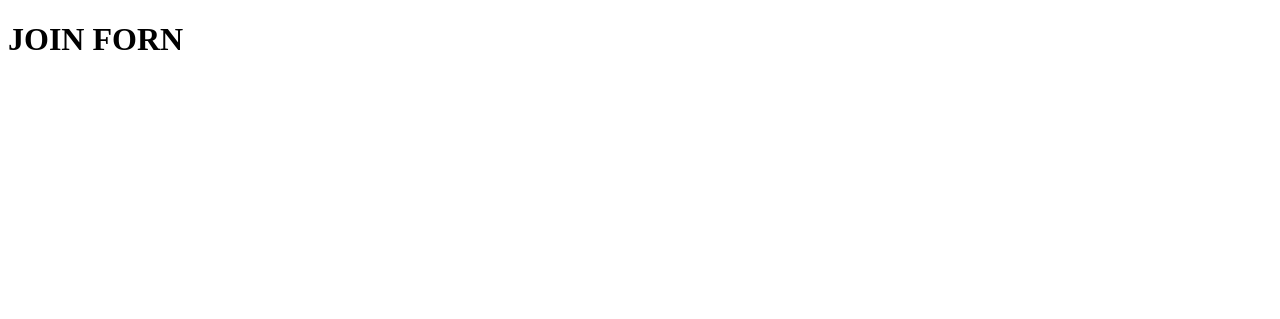
Repository: Leehj9094/JAVA_BOOK-
Page: http://localhost/01JSP/C06/03/join_form.jsp
An editor plug-in stored every save of this project. The page is shown before and after the next save, followed by the edit.
The browser window is 1280 px wide. The pictures show the whole page.
The page is served by Tomcat 9. Other server files are loaded and not shown.

Above is the page before, as saved 2025-04-03 06:39:13.

### JSP/01JSP/src/main/webapp/C06/03/join_form.jsp
<%@ page language="java" contentType="text/html; charset=UTF-8"
    pageEncoding="UTF-8"%>
<!DOCTYPE html>
<html>
<head>
<meta charset="UTF-8">
<title>Insert title here</title>
	<style>
		label{font-size : .8rem; background-color:darkbrown; color:white;}
	</style>
</head>
<body>
	<h1>JOIN FORN</h1>

</body>
</html>

After the next save:
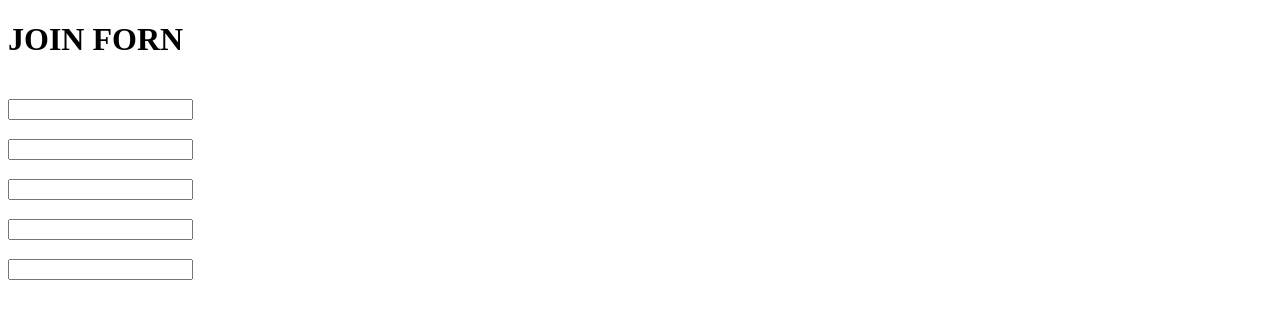
Saved 9 min 30 s later.
--- a/JSP/01JSP/src/main/webapp/C06/03/join_form.jsp
+++ b/JSP/01JSP/src/main/webapp/C06/03/join_form.jsp
@@ -7,10 +7,32 @@
 <title>Insert title here</title>
 	<style>
 		label{font-size : .8rem; background-color:darkbrown; color:white;}
+		span{}
 	</style>
 </head>
 <body>
 	<h1>JOIN FORN</h1>
-
+	<form>
+		<div>
+			<label>이름</label><br/>
+			<input type = "text" name="name"/>
+		</div>
+		<div>
+			<label>생년월일</label><br/>
+			<input type = "text" name="age"/>
+		</div>
+		<div>
+			<label>이메일</label><br/>
+			<input type = "text" name="email"/>
+		</div>
+		<div>
+			<label>아이디</label><br/>
+			<input type = "text" name="username"/>
+		</div>
+		<div>
+			<label>비밀번호</label><br/>
+			<input type = "text" name="password"/>
+		</div>
+	</form>
 </body>
 </html>
